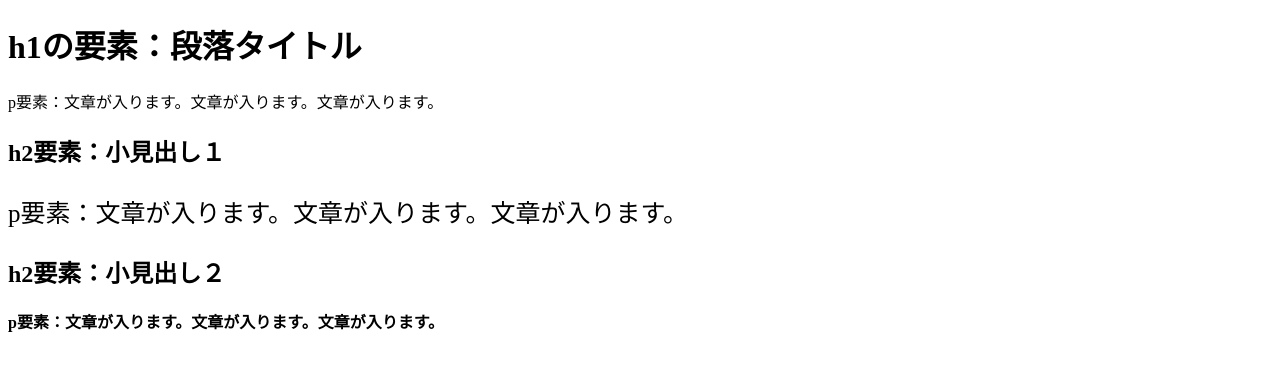
Repository: MoriTaiki1107/samurai_HTML-CSS
Page: index.html
The author's editor kept a record of every edit. The page is drawn from the files as they stood at one moment, then again after the next edit.
The browser window is 1280 px wide. The pictures show the whole page.

Above is the page before.

### index.html
<!DOCTYPE html>
<html lang="ja">
<head>
    <meta charset="UTF-8">
    <title>HTML/CSSの学習</title>
    <style>
        #red{
            color: red;
        }
    </style>
</head>
<body>
    <h1>h1の要素：段落タイトル</h1>
    <p>p要素：文章が入ります。文章が入ります。文章が入ります。</p>
    <h2>h2要素：小見出し１</h2>
    <p style="font-size: 25px;">
    p要素：文章が入ります。文章が入ります。文章が入ります。
    </p>
    <h2>h2要素：小見出し２</h2>
    <p style="font-weight: bold;">
    p要素：文章が入ります。文章が入ります。文章が入ります。
    </p>
</body>
</html>

After the next edit:
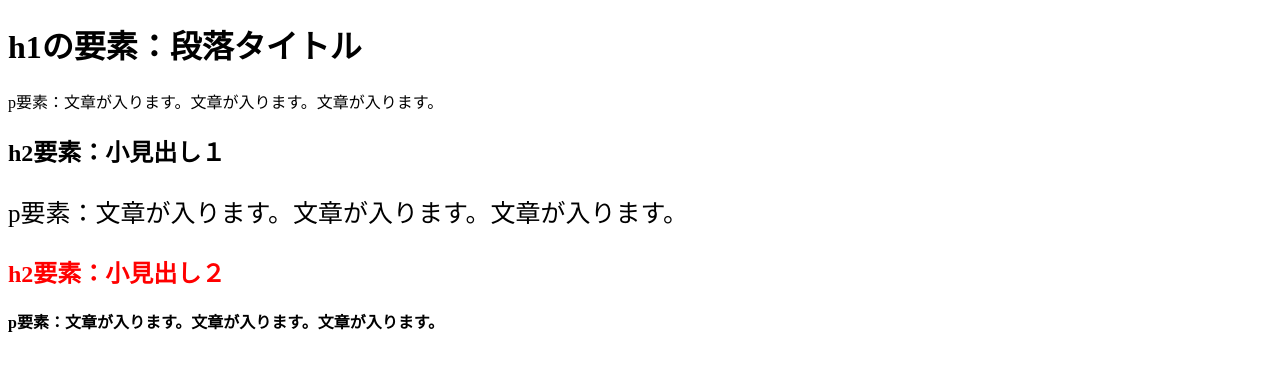
The edit:
--- a/index.html
+++ b/index.html
@@ -16,7 +16,7 @@
     <p style="font-size: 25px;">
     p要素：文章が入ります。文章が入ります。文章が入ります。
     </p>
-    <h2>h2要素：小見出し２</h2>
+    <h2 id="red">h2要素：小見出し２</h2>
     <p style="font-weight: bold;">
     p要素：文章が入ります。文章が入ります。文章が入ります。
     </p>
